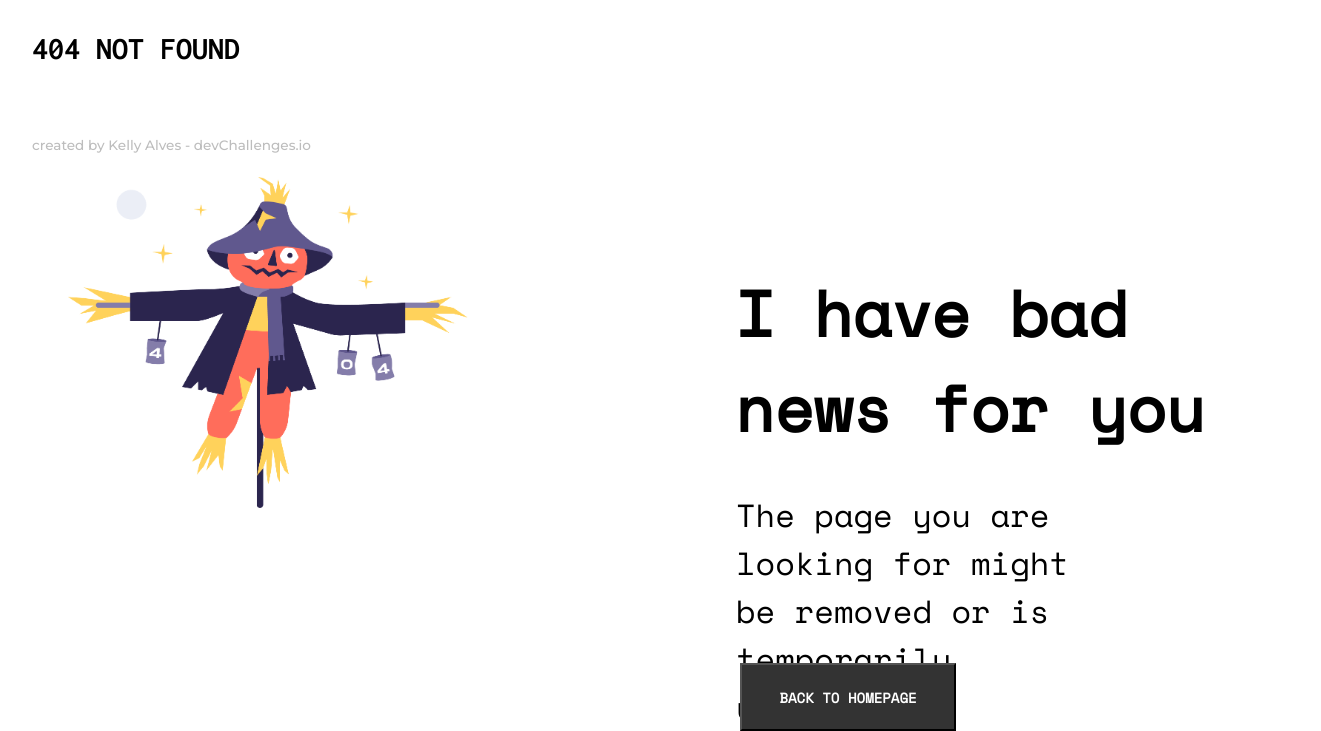
Repository: kellyalves87/404_not_found
Page: index.html
The author's editor kept a copy of each file at every save. The page is drawn from the files as they stood at one save, then again after the next save.
The browser window is 1280 px wide. The page is 1321 px wide, so the pictures cover 1321 px, including what lies to the right of the window. The pictures show the whole page.

Above is the page before, as saved 2021-05-16 16:17:20.

### index.html
<!DOCTYPE html>
<html lang="en">

<head>
  <meta charset="utf-8" />
  <meta name="viewport" content="width=device-width, initial-scale=1,
  maximum-scale=5" />
  <link rel="icon" href="./assets/devchallenges.png" />
  <link rel="shortcut icon" type="image/x-icon" href="https://devchallenges.io/" />
  <link rel="preconnect" href="https://fonts.gstatic.com">
<link href="https://fonts.googleapis.com/css2?family=Inconsolata:wght@700&family=Montserrat:wght@500&family=Space+Mono:ital,wght@0,400;1,700&display=swap" rel="stylesheet">
  <link rel="stylesheet" href="./style/index.css">
  <link rel="stylesheet" href="./style/reset.css">
  <title>Devchallenges</title>
</head>

<header class="header">
  <h1>404 not found</h1>
</header>

<body>
  <section class="content">
    <img src="./assets/Scarecrow.png" alt="straw man">
    <h1>I have bad news for you</h1>
    <p>The page you are looking for might be removed or is temporarily unavailable</p>
  </section>
  <div class="button">
    <button type="button">back to homepage</button>
  </div>
    <footer class="footer">
      <a href="https://github.com/kellyalves87">created by Kelly Alves - <a href="https://devchallenges.io/">devChallenges.io</a>
    </footer>
</body>

</html>

### style/index.css
/* Mobile first */
@media only screen and (max-width: 414px) {
  body {
    display: flex;
    flex-direction: column;
  }

  .header h1 {
    font-family: inconsolata, sans-serif;
    font-size: 1rem;
    text-transform: uppercase;
  }

  .content img {
    padding-top: 10px;
    display: flex;
    margin: auto;
    width: 200px;
  }

  .header,
  .content,
  .button,
  .footer {
    margin: 1rem;
  }

  .content h1,
  p,
  button {
    font-family: Space Mono, sans-serif;
  }

  .content h1,
  button {
    font-weight: 700;
  }

  .content h1 {
    font-size: 2.75rem;
    padding-top: 10px;
    padding-bottom: 10px;
  }

  .content p {
    font-size: 1.1rem;
    font-weight: 400;
    padding-top: 10px;
  }

  button {
    color: #ffffff;
    cursor: pointer;
    background-color: #333333;
    font-size: 14px;
    position: fixed;
    padding: 10px 20px;
    text-transform: uppercase;
  }

  .footer {
    font-size: 0.85rem;
    padding-top: 40px;
  }
  .footer a {
    color: #bdbdbd;
    font-family: Montserrat, sans-serif;
    text-decoration: none;
  }
}

/*Desktop*/

.header h1 {
  font-family: Inconsolata, sans-serif;
  font-style: normal;
  font-weight: bold;
  text-transform: uppercase;
}

.content img {
  position: absolute;
  left: 5.35%;
  right: 57.21%;
  top: 24.54%;
  bottom: 34.03%;
  width: 400px;
}

.header,
.content,
.button,
.footer {
  margin: 2rem;
}

.content h1,
p,
button {
  font-family: Space Mono, sans-serif;
}

.content h1,
button {
  font-weight: 700;
}

.content h1 {
  font-size: 4rem;
  width: 586px;
  height: 190px;
  left: 735px;
  top: 265px;
  position: absolute;
}

.content p {
  font-size: 2rem;
  font-weight: 400;
  position: absolute;
  width: 381px;
  height: 108px;
  left: 736px;
  top: 491px;
}

button {
  color: #ffffff;
  cursor: pointer;
  background-color: #333333;
  font-size: 14px;
  position: absolute;
  width: 216px;
  height: 68px;
  left: 740px;
  top: 663px;
  text-transform: uppercase;
}

.footer {
  font-size: 0.85rem;
  padding-top: 40px;
}
.footer a {
  color: #bdbdbd;
  font-family: Montserrat, sans-serif;
  text-decoration: none;
}

Loaded but not shown: style/reset.css (common file)

After the next save:
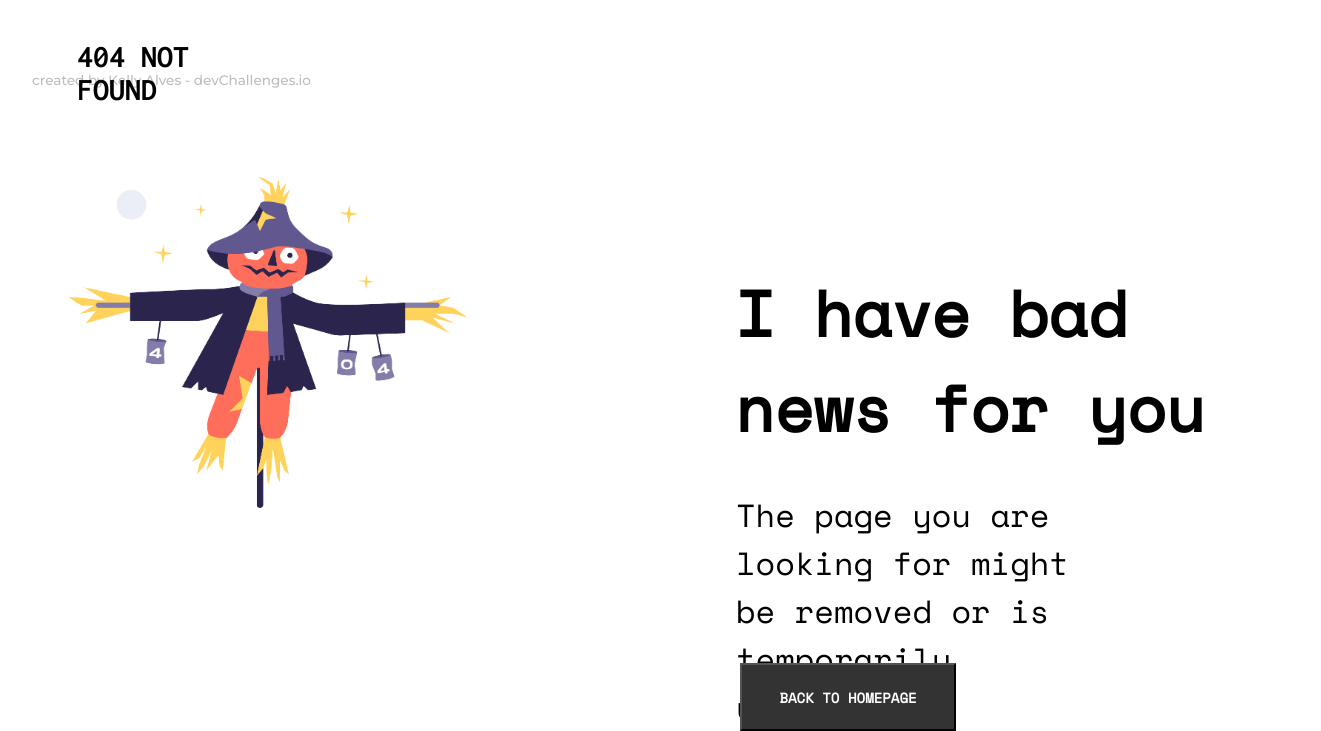
Saved 16 s later.
--- a/style/index.css
+++ b/style/index.css
@@ -75,6 +75,11 @@
   font-family: Inconsolata, sans-serif;
   font-style: normal;
   font-weight: bold;
+  position: absolute;
+  width: 133px;
+  height: 25px;
+  left: 77px;
+  top: 40px;
   text-transform: uppercase;
 }
 

After the save that followed:
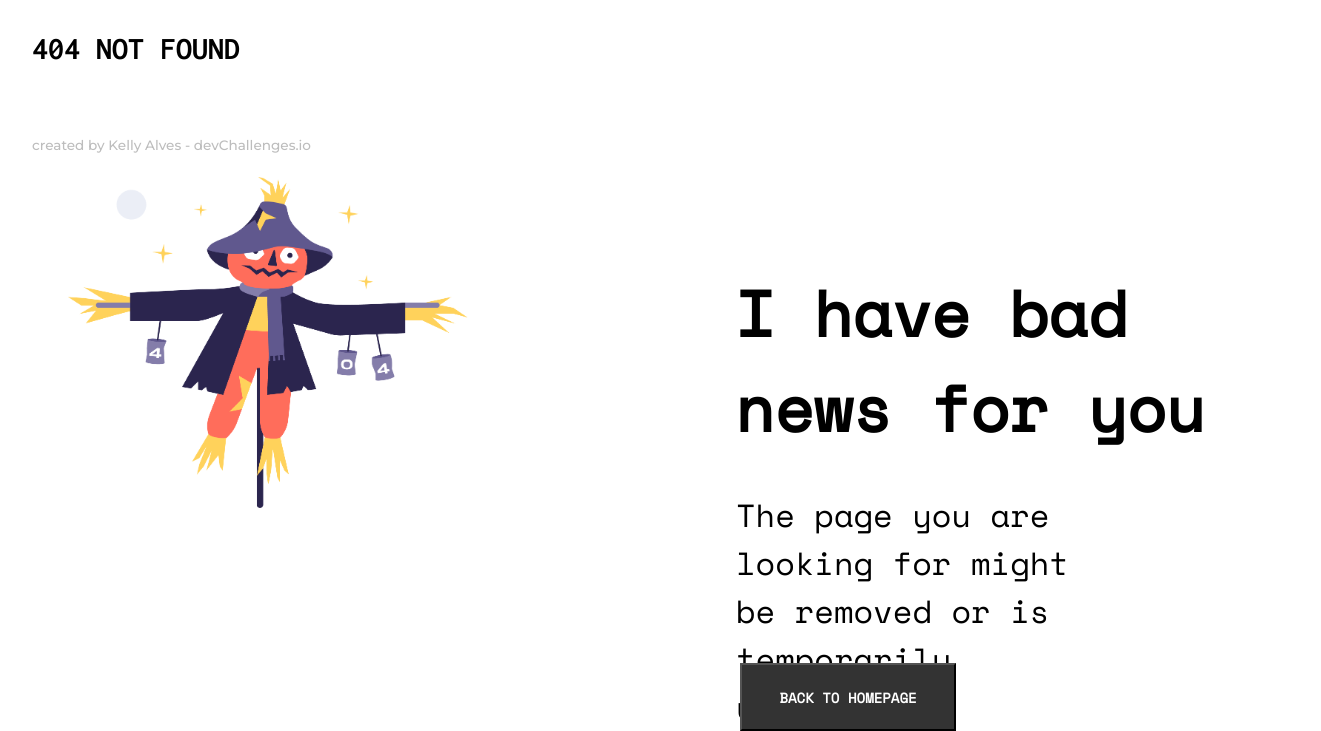
Saved 18 s later.
--- a/style/index.css
+++ b/style/index.css
@@ -75,11 +75,6 @@
   font-family: Inconsolata, sans-serif;
   font-style: normal;
   font-weight: bold;
-  position: absolute;
-  width: 133px;
-  height: 25px;
-  left: 77px;
-  top: 40px;
   text-transform: uppercase;
 }
 
